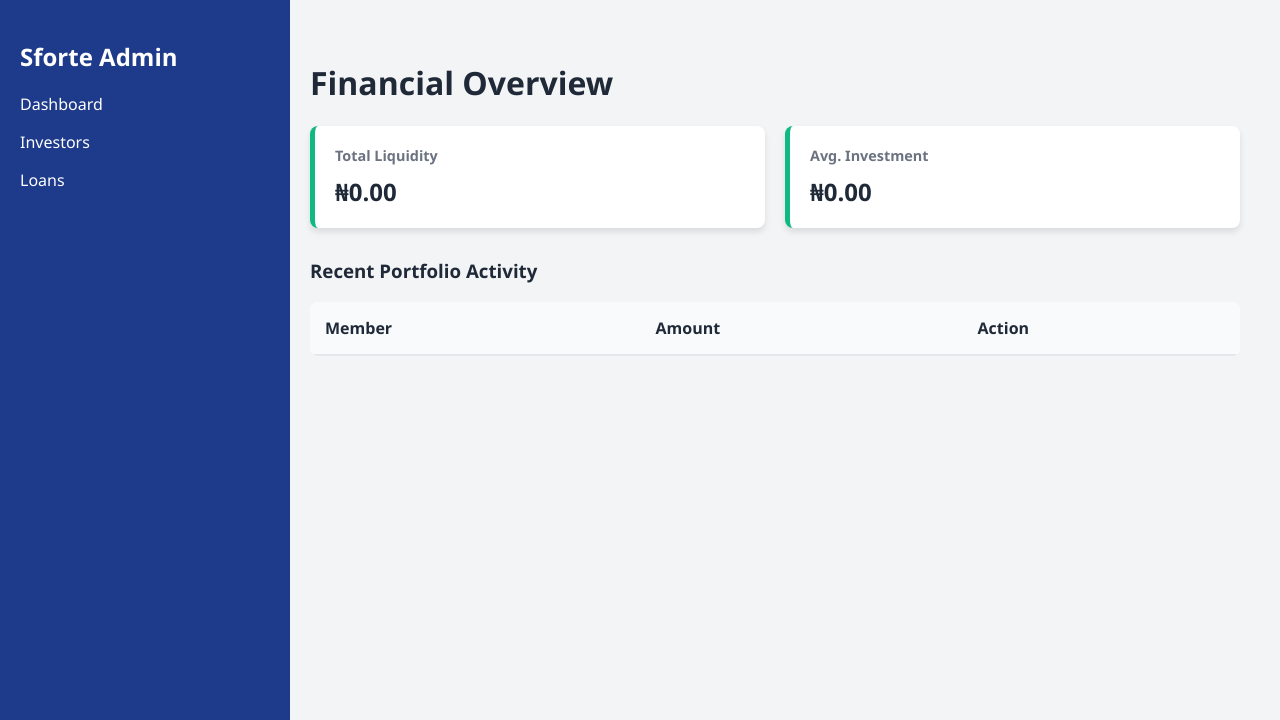
Repository: emmanuel2011-program/sql-relational-database-practice
Page: public/index.html
These files come from the project's save history. The page is drawn as it stood at one moment and after the next save; the edit follows.
The browser window is 1280 px wide. The pictures show the whole page.
The page's requests for data from a server got no answer.

Above is the page before, as saved 2026-03-27 12:52:55.

### public/index.html
<!DOCTYPE html>
<html lang="en">
<head>
    <meta charset="UTF-8">
    <title>Sforte Microfinance Admin</title>
    <link rel="stylesheet" href="style.css"> </head>
<body>
    <div class="sidebar">
        <h2>Sforte Admin</h2>
        <nav>
            <p>Dashboard</p>
            <p>Investors</p>
            <p>Loans</p>
        </nav>
    </div>

    <div class="main-content">
        <h1>Financial Overview</h1>

        <div class="stats-grid">
            <div class="card">
                <h3>Total Liquidity</h3>
                <p id="total-funds">₦0.00</p>
            </div>
            <div class="card">
                <h3>Avg. Investment</h3>
                <p id="avg-funds">₦0.00</p>
            </div>
        </div>

        <div class="table-container">
            <h3>Recent Portfolio Activity</h3>
            <table>
                <thead>
                    <tr>
                        <th>Member</th>
                        <th>Amount</th>
                        <th>Action</th>
                    </tr>
                </thead>
                <tbody id="investor-table-body">
                    </tbody>
            </table>
        </div>
    </div>

    <script src="script.js"></script>
</body>
</html>

### public/style.css
:root {
  --primary-blue: #1e3a8a;    /* Professional Banking Blue */
  --secondary-green: #10b981; /* Success/Money Green */
  --bg-gray: #f3f4f6;
  --text-dark: #1f2937;
  --white: #ffffff;
}

body {
  font-family: 'Segoe UI', Tahoma, Geneva, Verdana, sans-serif;
  background-color: var(--bg-gray);
  color: var(--text-dark);
  margin: 0;
  display: flex;
}

/* Sidebar Navigation */
.sidebar {
  width: 250px;
  background-color: var(--primary-blue);
  color: white;
  height: 100vh;
  padding: 20px;
  position: fixed;
}

/* Main Dashboard Area */
.main-content {
  margin-left: 270px;
  padding: 40px;
  width: 100%;
}

/* Statistics Cards (For your AGGREGATE requirement) */
.stats-grid {
  display: grid;
  grid-template-columns: repeat(auto-fit, minmax(200px, 1fr));
  gap: 20px;
  margin-bottom: 30px;
}

.card {
  background: var(--white);
  padding: 20px;
  border-radius: 8px;
  box-shadow: 0 4px 6px rgba(0,0,0,0.1);
  border-left: 5px solid var(--secondary-green);
}

.card h3 {
  margin: 0;
  font-size: 0.9rem;
  color: #6b7280;
}

.card p {
  font-size: 1.5rem;
  font-weight: bold;
  margin: 10px 0 0 0;
}

/* Table Styles (For your JOIN/Retrieve requirement) */
table {
  width: 100%;
  background: white;
  border-collapse: collapse;
  border-radius: 8px;
  overflow: hidden;
}

th {
  background-color: #f9fafb;
  padding: 15px;
  text-align: left;
  border-bottom: 2px solid #e5e7eb;
}

td {
  padding: 15px;
  border-bottom: 1px solid #e5e7eb;
}

/* Buttons for DELETE/MODIFY */
.btn-delete {
  background-color: #ef4444;
  color: white;
  border: none;
  padding: 8px 12px;
  border-radius: 4px;
  cursor: pointer;
}

.btn-delete:hover { background-color: #dc2626; }

### public/script.js
// Example: How your software "submits" and "receives" results
async function getStats() {
  const response = await fetch('http://localhost:3000/api/stats');
  const data = await response.json();

  // Using the results in the software
  document.getElementById('total-display').innerText = `Total: ${data.total}`;
}

async function deleteUser(userId) {
  await fetch(`http://localhost:3000/api/members/${userId}`, {
    method: 'DELETE'
  });
  alert('Member removed from database');
}
// Function to fetch and display the SQL JOIN results
async function loadDashboard() {
    try {
        // 1. Fetching data from the server (which builds the SQL)
        const response = await fetch('/api/investments');
        const data = await response.json();

        // 2. Receiving the results and using them in the software
        const tableBody = document.getElementById('investor-table-body');
        tableBody.innerHTML = ''; // Clear old data

        data.forEach(item => {
            const row = `
                <tr>
                    <td>${item.first_name} ${item.surname}</td>
                    <td>₦${Number(item.amount).toLocaleString()}</td>
                    <td><button class="btn-delete" onclick="removeMember('${item.id}')">Delete</button></td>
                </tr>
            `;
            tableBody.innerHTML += row;
        });

    } catch (error) {
        console.error('Error loading database results:', error);
    }
}

// Function to demonstrate the DELETE requirement
async function removeMember(id) {
    if (confirm('Are you sure you want to delete this record?')) {
        await fetch(`/api/members/${id}`, { method: 'DELETE' });
        loadDashboard(); // Refresh the table
    }
}

// Run the function when the page loads
loadDashboard();

After the next save:
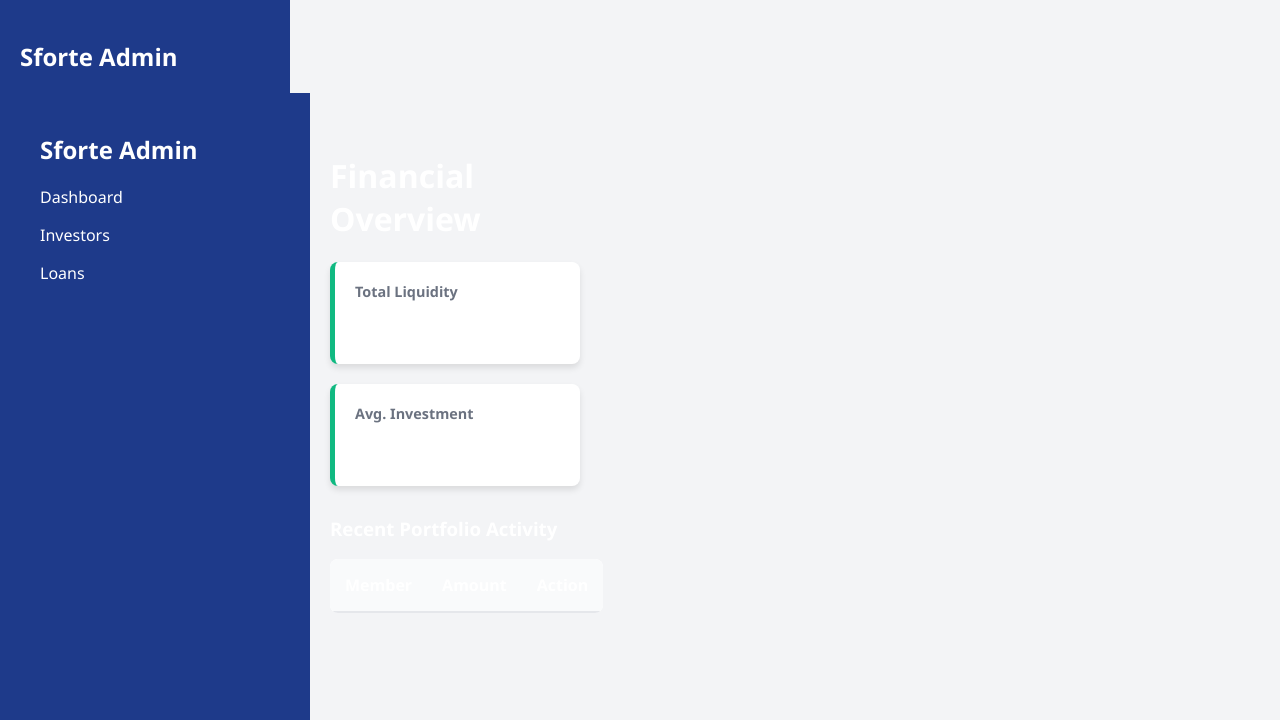
Saved 89 s later.
--- a/public/index.html
+++ b/public/index.html
@@ -7,12 +7,14 @@
 <body>
     <div class="sidebar">
         <h2>Sforte Admin</h2>
-        <nav>
-            <p>Dashboard</p>
-            <p>Investors</p>
-            <p>Loans</p>
-        </nav>
-    </div>
+        <div class="sidebar">
+    <h2>Sforte Admin</h2>
+    <nav id="side-nav">
+        <p class="nav-item active" onclick="showPage('dashboard', this)">Dashboard</p>
+        <p class="nav-item" onclick="showPage('investors', this)">Investors</p>
+        <p class="nav-item" onclick="showPage('loans', this)">Loans</p>
+    </nav>
+</div>
 
     <div class="main-content">
         <h1>Financial Overview</h1>

After the 4 saves that followed:
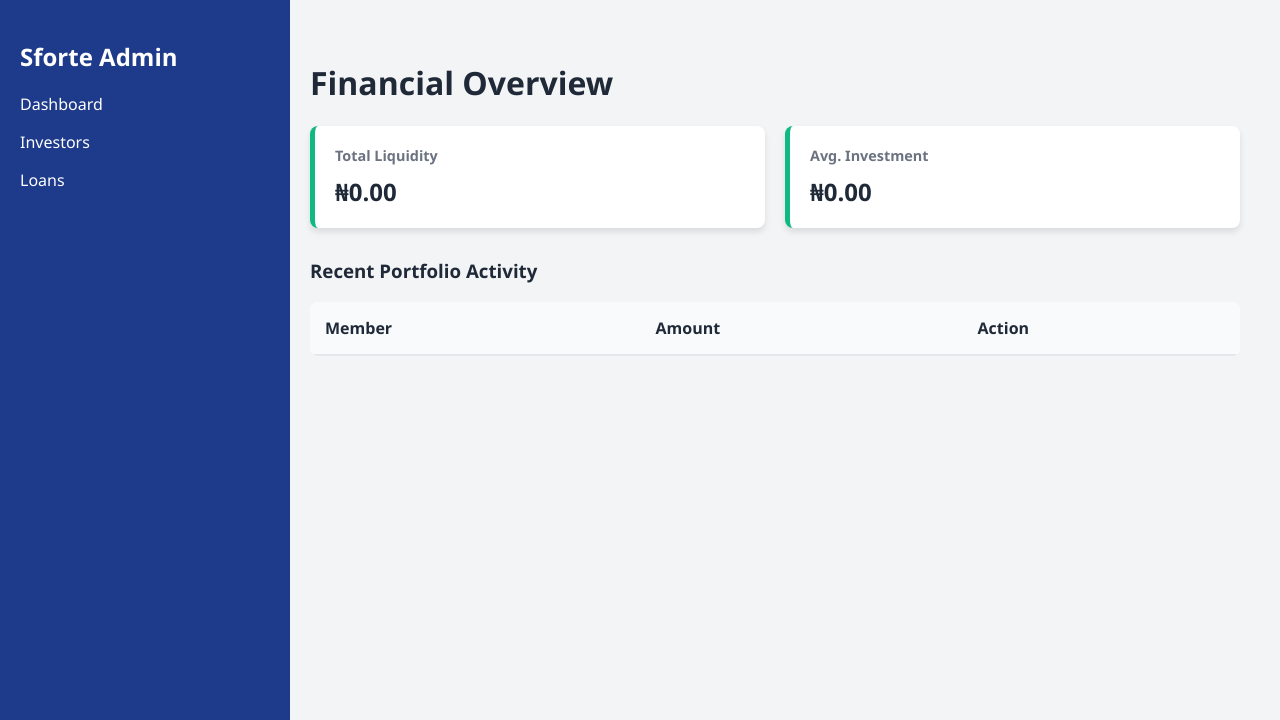
The 4 saves are shown as one change because 1 left the picture as it was and some came seconds apart.
The last was saved 39 s later.
--- a/public/index.html
+++ b/public/index.html
@@ -7,14 +7,12 @@
 <body>
     <div class="sidebar">
         <h2>Sforte Admin</h2>
-        <div class="sidebar">
-    <h2>Sforte Admin</h2>
-    <nav id="side-nav">
-        <p class="nav-item active" onclick="showPage('dashboard', this)">Dashboard</p>
-        <p class="nav-item" onclick="showPage('investors', this)">Investors</p>
-        <p class="nav-item" onclick="showPage('loans', this)">Loans</p>
-    </nav>
-</div>
+        <nav>
+            <p>Dashboard</p>
+            <p>Investors</p>
+            <p>Loans</p>
+        </nav>
+    </div>
 
     <div class="main-content">
         <h1>Financial Overview</h1>
